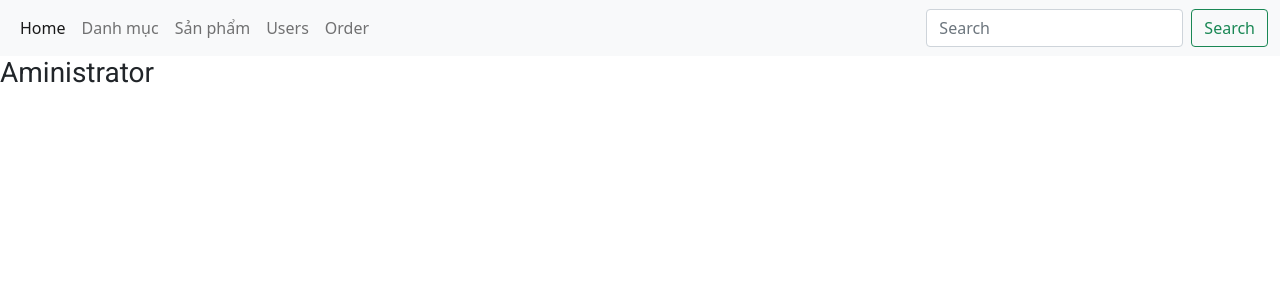
Repository: ThanhNghiadn03/Website-1-JSP-Servlet
Page: http://localhost/new-web-ban-sach/admin-home
The author's editor kept a copy of each file at every save. The page is drawn from the files as they stood at one save, then again after the next save.
The browser window is 1280 px wide. The pictures show the whole page.
The page is served by Tomcat 9. Other server files are loaded and not shown.

Above is the page before, as saved 2023-04-26 08:12:40.

### Project/new-web-ban-sach/src/main/webapp/views/admin/admin.jsp
<%@ page language="java" contentType="text/html; charset=UTF-8"
	pageEncoding="UTF-8"%>
<!DOCTYPE html>
<html>
<head>
<meta charset="UTF-8">
<title>Admin</title>
<link rel="stylesheet"
	href="http://localhost:8080/new-web-ban-sach/views/admin/css-admin/css-admin.css">
<link
	href="https://cdn.jsdelivr.net/npm/bootstrap@5.0.2/dist/css/bootstrap.min.css"
	rel="stylesheet"
	integrity="sha384-EVSTQN3/azprG1Anm3QDgpJLIm9Nao0Yz1ztcQTwFspd3yD65VohhpuuCOmLASjC"
	crossorigin="anonymous">
</head>
<body>
	<div class="header">
		<!-- <ul class="nav nav-pills mb-3" id="pills-tab" role="tablist">
			<li class="nav-item" role="presentation">
				<button class="nav-link active" id="pills-home-tab"
					data-bs-toggle="pill" data-bs-target="#pills-home" type="button"
					role="tab" aria-controls="pills-home" aria-selected="true">Admin</button>
			</li>
			<li class="nav-item" role="presentation">
				<button class="nav-link" id="pills-profile-tab"
					data-bs-toggle="pill" data-bs-target="#pills-profile" type="button"
					role="tab" aria-controls="pills-profile" aria-selected="false">Quản lý sản phẩm</button>
			</li>
			<li class="nav-item" role="presentation">
				<button class="nav-link" id="pills-contact-tab"
					data-bs-toggle="pill" data-bs-target="#pills-contact" type="button"
					role="tab" aria-controls="pills-contact" aria-selected="false">Quản lý danh mục</button>
			</li>
		</ul> -->
		<!-- <div class="tab-content" id="pills-tabContent">
			<div class="tab-pane fade show active" id="pills-home"
				role="tabpanel" aria-labelledby="pills-home-tab">...</div>
			<div class="tab-pane fade" id="pills-profile" role="tabpanel"
				aria-labelledby="pills-profile-tab">...</div>
			<div class="tab-pane fade" id="pills-contact" role="tabpanel"
				aria-labelledby="pills-contact-tab">...</div>
		</div> -->
		<nav class="navbar navbar-expand-lg navbar-light bg-light">
			<div class="container-fluid">
<!-- 				<a class="navbar-brand" href="#"> <img src="logo_casestudy.png"
					width="50px" height="50px">
				</a> -->
				<button class="navbar-toggler" type="button"
					data-bs-toggle="collapse" data-bs-target="#navbarSupportedContent"
					aria-controls="navbarSupportedContent" aria-expanded="false"
					aria-label="Toggle navigation">
					<span class="navbar-toggler-icon"></span>
				</button>
				<div class="collapse navbar-collapse" id="navbarSupportedContent">
					<ul class="navbar-nav me-auto mb-2 mb-lg-0">
						<li class="nav-item"><a class="nav-link active"
							aria-current="page" href="#">Home</a></li>
						<li class="nav-item"><a class="nav-link" href="#">Danh mục</a>
						</li>
						<li class="nav-item"><a class="nav-link" href="#">Sản phẩm</a>
						</li>
						<li class="nav-item"><a class="nav-link" href="#">Users</a>
						</li>
						<li class="nav-item"><a class="nav-link" href="#">Order</a>
						</li>
					</ul>
					<form class="d-flex">
						<input class="form-control me-2" type="search"
							placeholder="Search" aria-label="Search">
						<button class="btn btn-outline-success" type="submit">Search</button>
					</form>
				</div>
			</div>
		</nav>
	</div>
	<div class="left-right">
		<div class="left-side">
			<h3>Aministrator</h3>
		</div>
		<div class="right-side"></div>
	</div>
	<script
		src="https://cdn.jsdelivr.net/npm/bootstrap@5.0.2/dist/js/bootstrap.bundle.min.js"
		integrity="sha384-MrcW6ZMFYlzcLA8Nl+NtUVF0sA7MsXsP1UyJoMp4YLEuNSfAP+JcXn/tWtIaxVXM"
		crossorigin="anonymous"></script>
</body>
</html>

### Project/new-web-ban-sach/src/main/java/controller/AdminController.java
package controller;

import java.io.IOException;

import javax.servlet.RequestDispatcher;
import javax.servlet.ServletException;
import javax.servlet.annotation.WebServlet;
import javax.servlet.http.HttpServlet;
import javax.servlet.http.HttpServletRequest;
import javax.servlet.http.HttpServletResponse;

@WebServlet (urlPatterns = {"/admin-home"})
public class AdminController extends HttpServlet  {

	/**
	 *
	 */
	private static final long serialVersionUID = 1L;

	protected void doGet(HttpServletRequest request, HttpServletResponse response) throws ServletException, IOException{
		request.getRequestDispatcher("./views/admin/admin.jsp").forward(request, response);
	}

	protected void doPost(HttpServletRequest request, HttpServletResponse response) throws ServletException, IOException {

	}
}

### Project/new-web-ban-sach/src/main/webapp/views/admin/css-admin/css-admin.css
@charset "ISO-8859-1";
@import url('https://fonts.googleapis.com/css2?family=Inter:wght@400;700&family=Montserrat:wght@400;700&family=Roboto:wght@400;700&display=swap');


.Search-box {
	width: 400px;
	height: 20px;
	margin: 20px
}

.top {
	display: grid;
    grid-template-columns: 1fr;

}
.left-right {
    display: grid;
    grid-template-columns: 300px 4fr;
    font-family: 'Roboto', sans-serif;
    font-size: 20px;
}

After the next save:
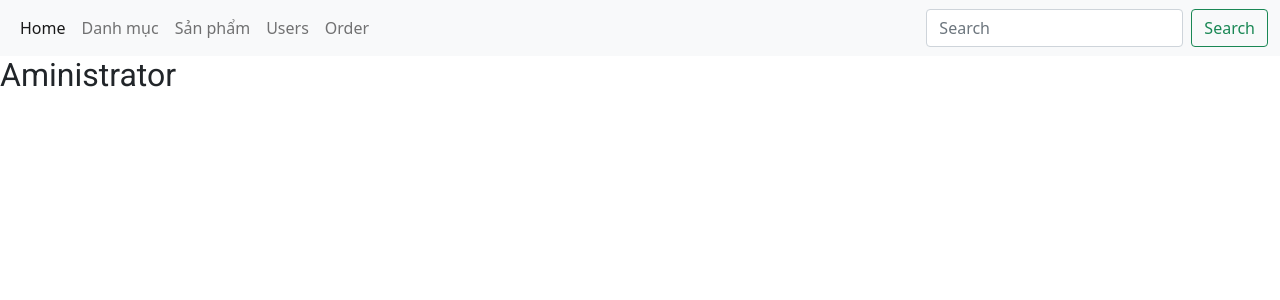
Saved 8 min 51 s later.
--- a/Project/new-web-ban-sach/src/main/webapp/views/admin/admin.jsp
+++ b/Project/new-web-ban-sach/src/main/webapp/views/admin/admin.jsp
@@ -75,7 +75,7 @@
 	</div>
 	<div class="left-right">
 		<div class="left-side">
-			<h3>Aministrator</h3>
+			<h2>Aministrator</h2>
 		</div>
 		<div class="right-side"></div>
 	</div>
